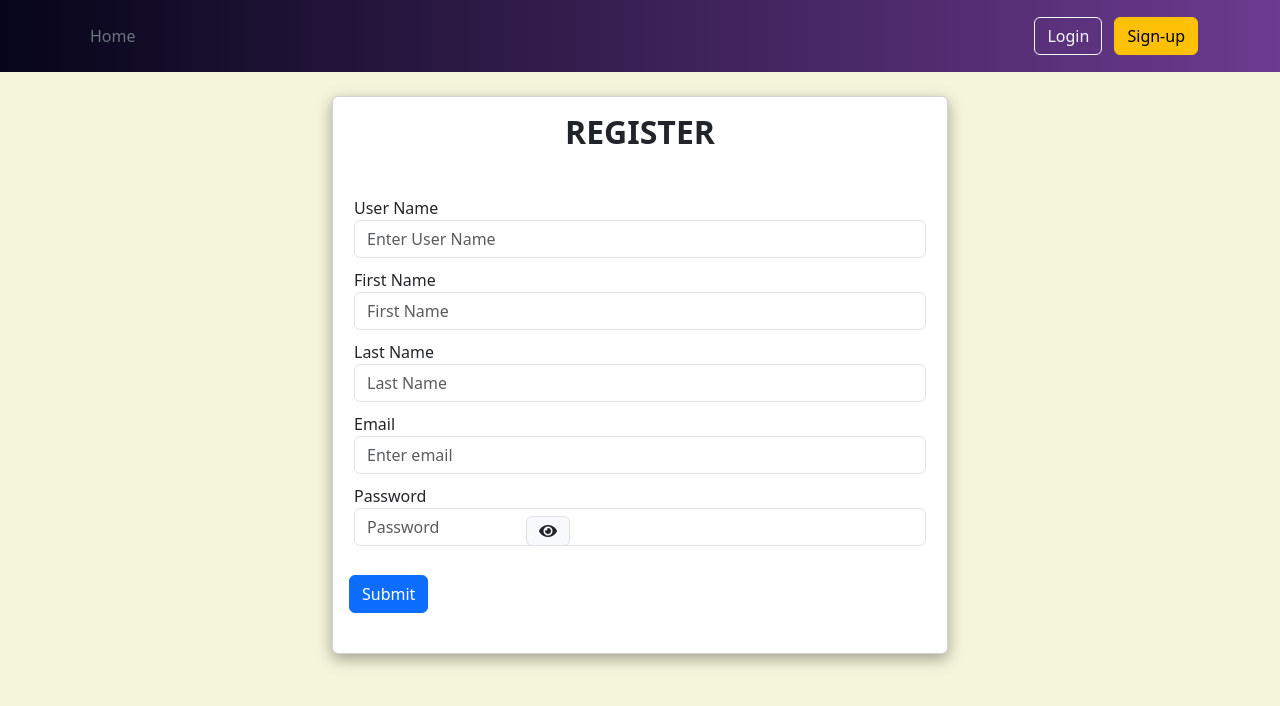
Repository: professorsourabh/php_membership
Page: http://localhost/MVC-Assignment/
An editor plug-in stored every save of this project. The page is shown before and after the next save, followed by the edit.
The browser window is 1280 px wide. The pictures show the whole page.
Some web libraries are served in a nearby version. The page is run by PHP 8.4 with error messages shown; the project is at /var/www/html/.

Above is the page before, as saved 2023-07-09 15:36:19.

### index.php
<?php
session_start();
?>

<html lang="en">
<head>
    <meta charset="UTF-8">
    <meta name="viewport" content="width=device-width, initial-scale=1.0">
    <title>Assesment-Register</title>
    <link href="https://cdn.jsdelivr.net/npm/bootstrap@5.3.0/dist/css/bootstrap.min.css" rel="stylesheet" integrity="sha384-9ndCyUaIbzAi2FUVXJi0CjmCapSmO7SnpJef0486qhLnuZ2cdeRhO02iuK6FUUVM" crossorigin="anonymous">
    <link rel="stylesheet" href="https://cdnjs.cloudflare.com/ajax/libs/font-awesome/5.13.0/css/all.min.css">
    <link rel="stylesheet" href="index.css"></link>
</head>
<body>
    <header class="p-3 bg-dark text-white">
        <div class="container">
          <div class="d-flex flex-wrap align-items-center justify-content-center justify-content-lg-start">


            <ul class="nav col-12 col-lg-auto me-lg-auto mb-2 justify-content-center mb-md-0">
              <li><a href="#" class="nav-link px-2 text-secondary " >Home</a></li>

            </ul>

              <div class="text-end">
              <a type="button" class="btn btn-outline-light me-2" href="login.php">Login</a>
              <a type="button" class="btn btn-warning" href="index.php">Sign-up</a>
            </div>
          </div>
        </div>
      </header>
      <div class="container my-4 col-lg-6">
        <div class="card my-4" style="box-shadow: rgba(0, 0, 0, 0.35) 0px 5px 15px;">
            <div class="card-heading text-center my-3 mx-2">
                <h2 class="text-uppercase fw-bold">Register</h2>
            </div>
            <div class="card-body">
            <?php if (!empty($_SESSION['error_msg'])) { ?>
            <div class="error">
                <div class="alert alert-danger alert-dismissible fade show" role="alert">
                    <?php echo $_SESSION['error_msg']; ?>
                    <button type="button" class="btn-close" data-bs-dismiss="alert" aria-label="Close"></button>
                </div>
            </div>
            <?php
            unset($_SESSION['error_msg']);
        } ?>
         <?php if (!empty($_SESSION['success_msg'])) { ?>
            <div class="error">
                <div class="alert alert-success alert-dismissible fade show" role="alert">
                    <?php echo $_SESSION['success_msg']; ?>
                    <button type="button" class="btn-close" data-bs-dismiss="alert" aria-label="Close"></button>
                </div>
            </div>
            <?php
            unset($_SESSION['success_msg']);
        } ?>

        <form method="post" action="./controller/registerController.php">
            <div class="form-group">
                <label for="exampleInputusername">User Name</label>
                <input type="text" class="form-control" name="username" id="username" placeholder="Enter User Name">
              </div>

              <div class="form-group">
                <label for="exampleInputfirst_name">First Name</label>
                <input type="text" class="form-control" name="firstname" id="first_name" placeholder="First Name">
              </div>
              <div class="form-group">
                <label for="exampleInputlast_name">Last Name</label>
                <input type="text" name="lastname" class="form-control" id="last_name" placeholder="Last Name">
              </div>

            <div class="form-group">
              <label for="exampleInputEmail">Email</label>
              <input type="email" class="form-control" name="email" id="email"  placeholder="Enter email">

            </div>


              <div class="form-group">
                <label for="exampleInputPassword">Password</label>
                <input type="password" class="form-control" name="password" id="exampleInputPassword" placeholder="Password">
                <span class="input-group-text eye-icon" onclick="togglePasswordVisibility('password')">
                            <i class="fas fa-eye"></i>
                        </span>
              </div>


            <button type="submit" class="btn btn-primary my-4">Submit</button>
          </form>

            </div>
        </div>

    </div>







    <script src="https://cdn.jsdelivr.net/npm/bootstrap@5.3.0/dist/js/bootstrap.bundle.min.js" integrity="sha384-geWF76RCwLtnZ8qwWowPQNguL3RmwHVBC9FhGdlKrxdiJJigb/j/68SIy3Te4Bkz" crossorigin="anonymous"></script>
    <script src="./public/project.js">

       </script>
  </body>
</html>

### index.css
*{
    padding: 0;
    margin: 0;
}

body{

    background-color: beige;
}
header{
    background: rgb(5,4,24);
    background: linear-gradient(90deg, rgba(5,4,24,0.9557072829131653) 0%, rgba(134,66,179,0.7400210084033614) 100%);
}
.registration-part{

    padding: 50px;

}
.text-cente{
    text-align: center;
}
div.form-group{
    padding: 5px;
}

span.eye-icon {


    position: absolute;
    top: 78%;
    left: 35%;
    transform: translate(-50%, -50%);
}

### public/project.js
function togglePasswordVisibility(inputId) {
    var input = document.getElementById(inputId);
    if (input.type === "password") {
        input.type = "text";
    } else {
        input.type = "password";
    }
}

After the next save:
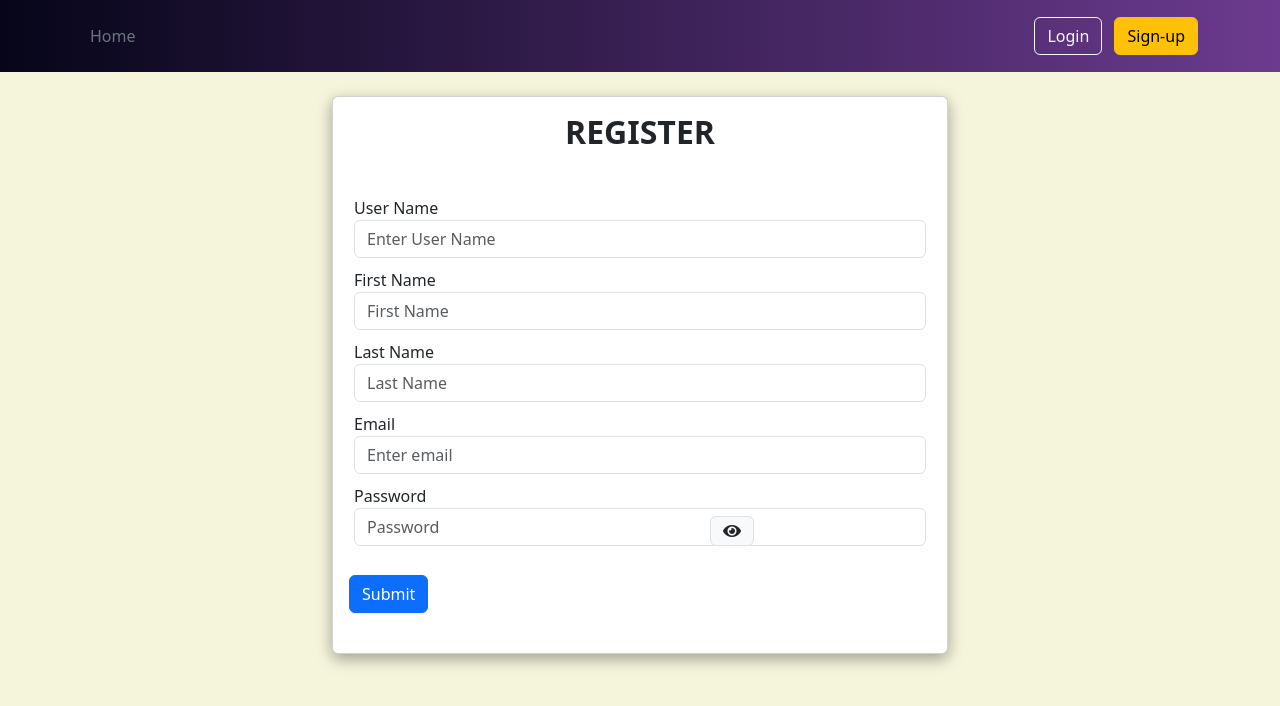
Saved 12 s later.
--- a/index.css
+++ b/index.css
@@ -28,6 +28,6 @@ span.eye-icon {
 
     position: absolute;
     top: 78%;
-    left: 35%;
+    left: 65%;
     transform: translate(-50%, -50%);
 }
